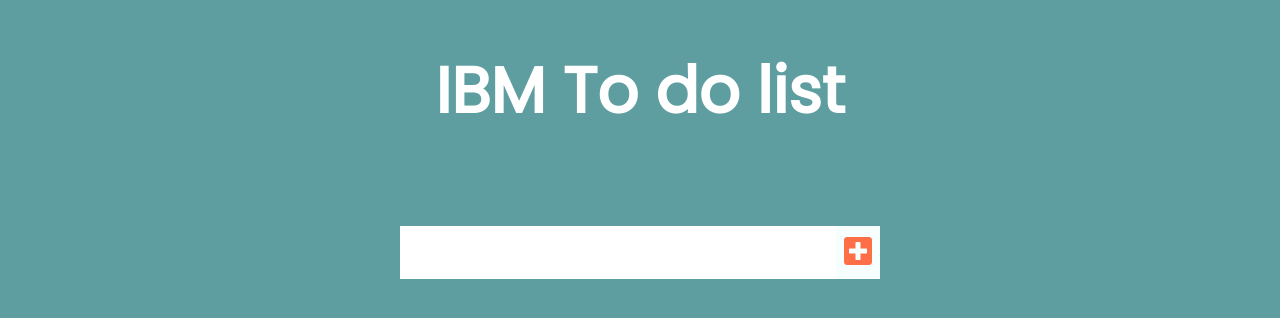
Repository: 2021-IBM-Accelerate-SW-Track/lab-1-team-34
Page: /
The author's editor kept a copy of each file at every save. The page is drawn from the files as they stood at one save, then again after the next save.
The browser window is 1280 px wide. The pictures show the whole page.
Some web libraries are served in a nearby version. The project was rebuilt for these pictures with package versions that can differ from the ones it lists, and the page was loaded fresh each time. Also part of the build but not shown: src/components/Todo.js.

Above is the page before, as saved 2021-06-16 17:48:50.

After the next save:
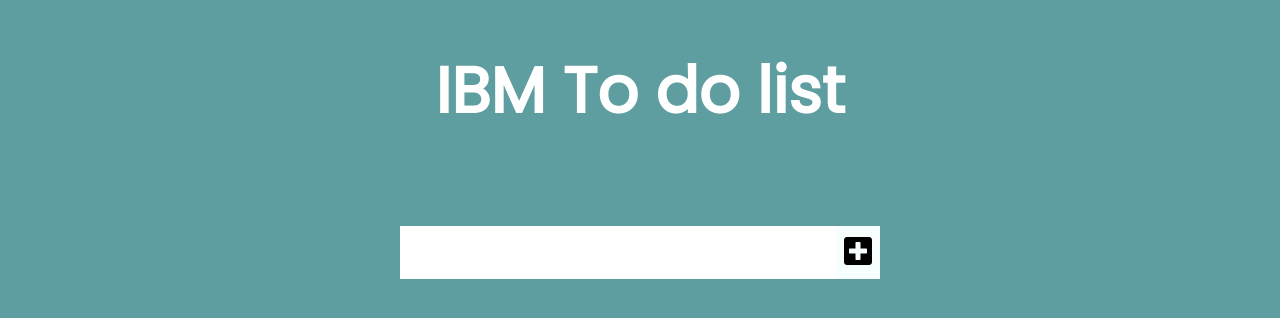
Saved 14 s later.
--- a/src/App.css
+++ b/src/App.css
@@ -28,7 +28,7 @@
   background: white;
 }
 form button {
-  color: #ff6f47;
+  color: #000000;
   background: #f7fffe;
   cursor: pointer;
   transition: all 0.3s ease;
